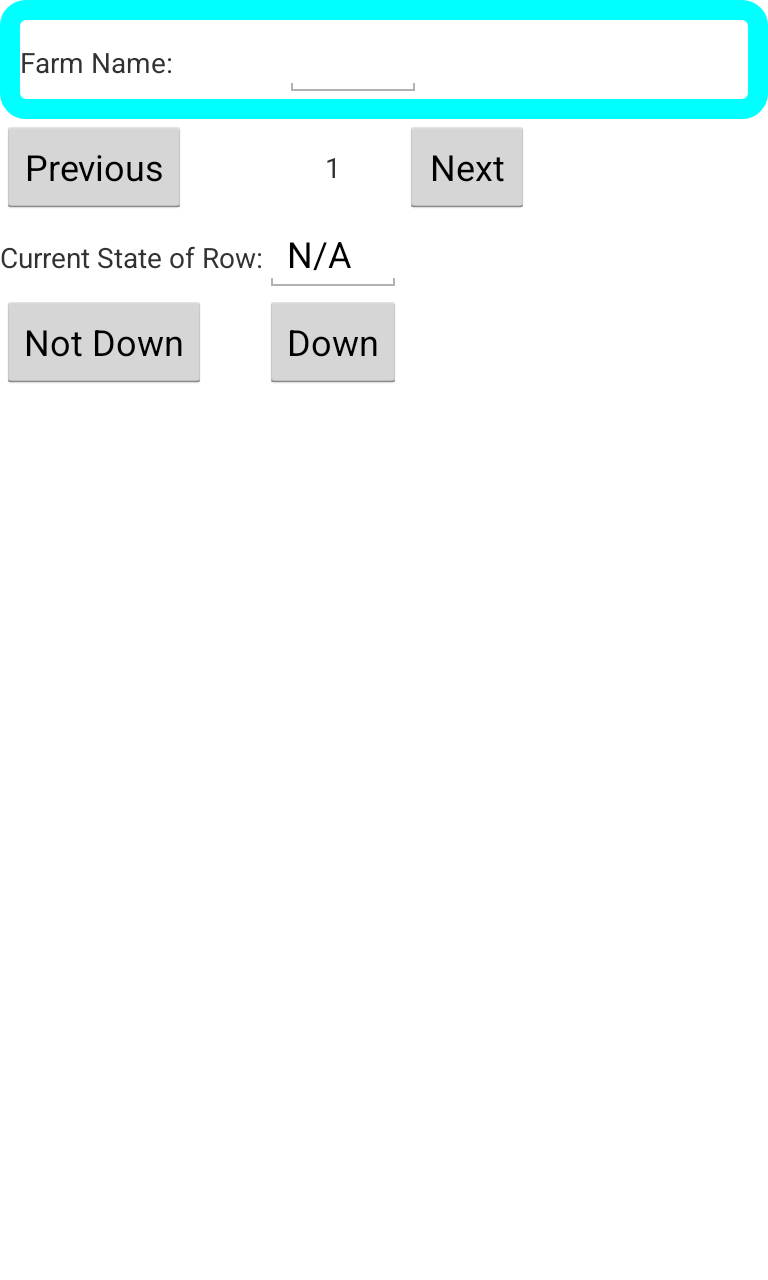
Repository: cokembel/FarmHand
Layout: FarmHand/res/layout/activity_main.xml
The author's editor kept a copy of each file at every save. The layout is drawn from the files as they stood at one save, then again after the next save.
It is drawn on a 768 x 1280 px phone screen (xhdpi) without system bars, with theme AppTheme; the app's code is not run.

Above is the layout before, as saved 2012-11-27 10:20:20.

### FarmHand/res/layout/activity_main.xml

    <ScrollView xmlns:android="http://schemas.android.com/apk/res/android"
        android:layout_width="match_parent"
        android:layout_height="match_parent"
        android:layout_alignParentLeft="true"
        android:layout_alignParentTop="true" >

        <TableLayout
            android:layout_width="match_parent"
            android:layout_height="wrap_content" >
            <TableRow android:background="@drawable/borders">
                <TextView android:text="@string/farm_name" />
                <AutoCompleteTextView
                    android:id="@+id/farm_name"
                    android:layout_width="wrap_content"
                    android:layout_height="wrap_content" />
            </TableRow>
            <TableRow android:layout_width="wrap_content" >
                <Button
                    android:id="@+id/prev_row"
                    android:text="Previous"
                    android:layout_gravity="left" />
                <TextView
                    android:id="@+id/row_number"
                    android:layout_height="match_parent"
                    android:text="1"
                    android:gravity="center" />
                <Button
                    android:id="@+id/next_row"
                    android:text="Next"
                    android:layout_gravity="right" />
            </TableRow>
            <TableRow>
                <TextView android:text="@string/status" />
                <EditText android:id="@+id/current_status"
                    android:text="N/A"
                    android:layout_width="wrap_content"/>
            </TableRow>

            <TableRow
                android:layout_width="wrap_content"
                android:layout_height="wrap_content" >

                 <Button
                     android:id="@+id/not_down"
                     android:text="Not Down"
                     android:layout_gravity="left" />
 				 <Button
 				     android:id="@+id/down"
 				     android:text="Down"
 				     android:layout_gravity="right" />
            </TableRow>
        </TableLayout>

    </ScrollView>

### FarmHand/res/drawable-mdpi/borders.xml
<shape xmlns:android="http://schemas.android.com/apk/res/android">
    <stroke android:width="10dp" android:color="#FF00FFFF" />
    <solid android:color="#ffffff" />
    <padding android:left="10dp" android:top="10dp"
            android:right="10dp" android:bottom="10dp" />
    <corners android:radius="8dp" />
</shape>

### FarmHand/res/values/strings.xml
<resources>

    <string name="app_name">FarmHand</string>
    <string name="menu_settings">Settings</string>
    <string name="title_activity_main">MainActivity</string>
    <string name="farm_name">Farm Name:</string>
	<string name="status">Current State of Row:</string>

</resources>

Loaded but not shown: FarmHand/res/values-v11/styles.xml (common file); FarmHand/res/values-v14/styles.xml (common file); FarmHand/res/values/styles.xml (common file)

After the next save:
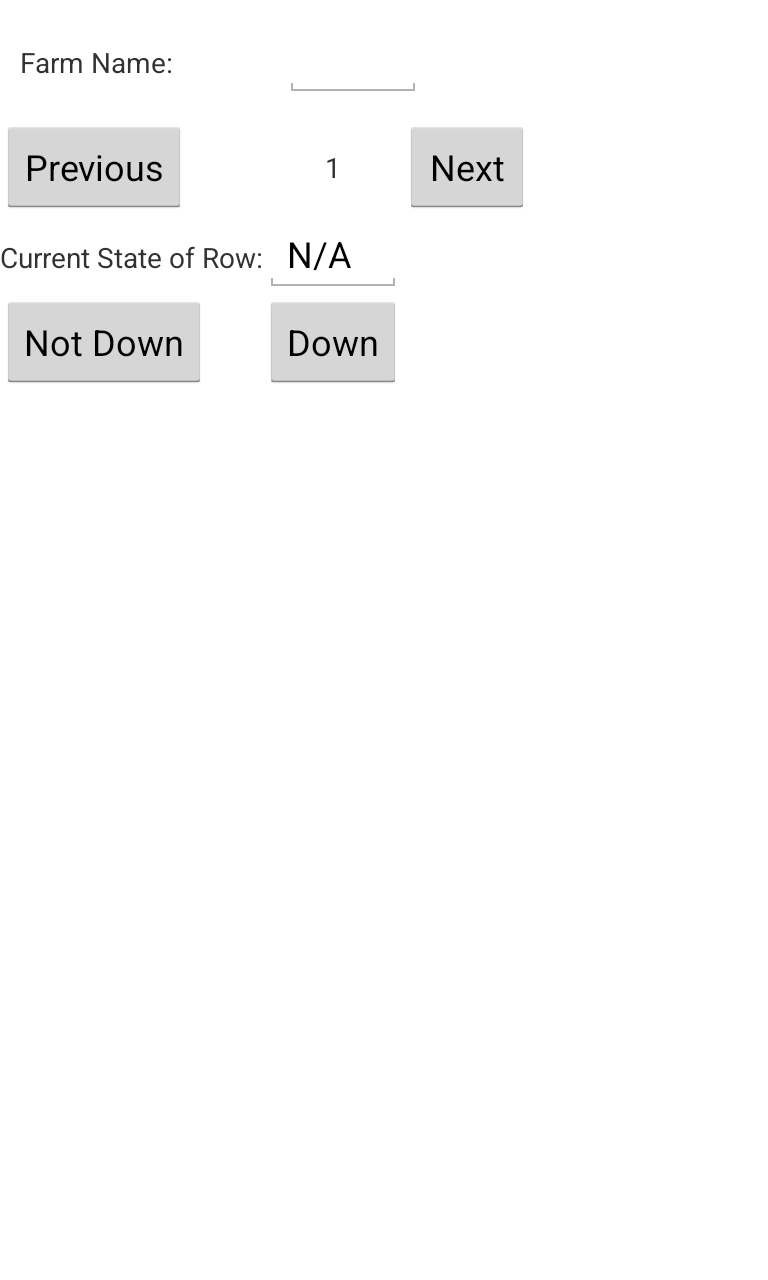
Saved 11 min 26 s later.
--- a/FarmHand/res/drawable-mdpi/borders.xml
+++ b/FarmHand/res/drawable-mdpi/borders.xml
@@ -1,5 +1,5 @@
 <shape xmlns:android="http://schemas.android.com/apk/res/android">
-    <stroke android:width="10dp" android:color="#FF00FFFF" />
+    <stroke android:width="10dp" android:color="#FFFFFF" />
     <solid android:color="#ffffff" />
     <padding android:left="10dp" android:top="10dp"
             android:right="10dp" android:bottom="10dp" />

After the 3 saves that followed:
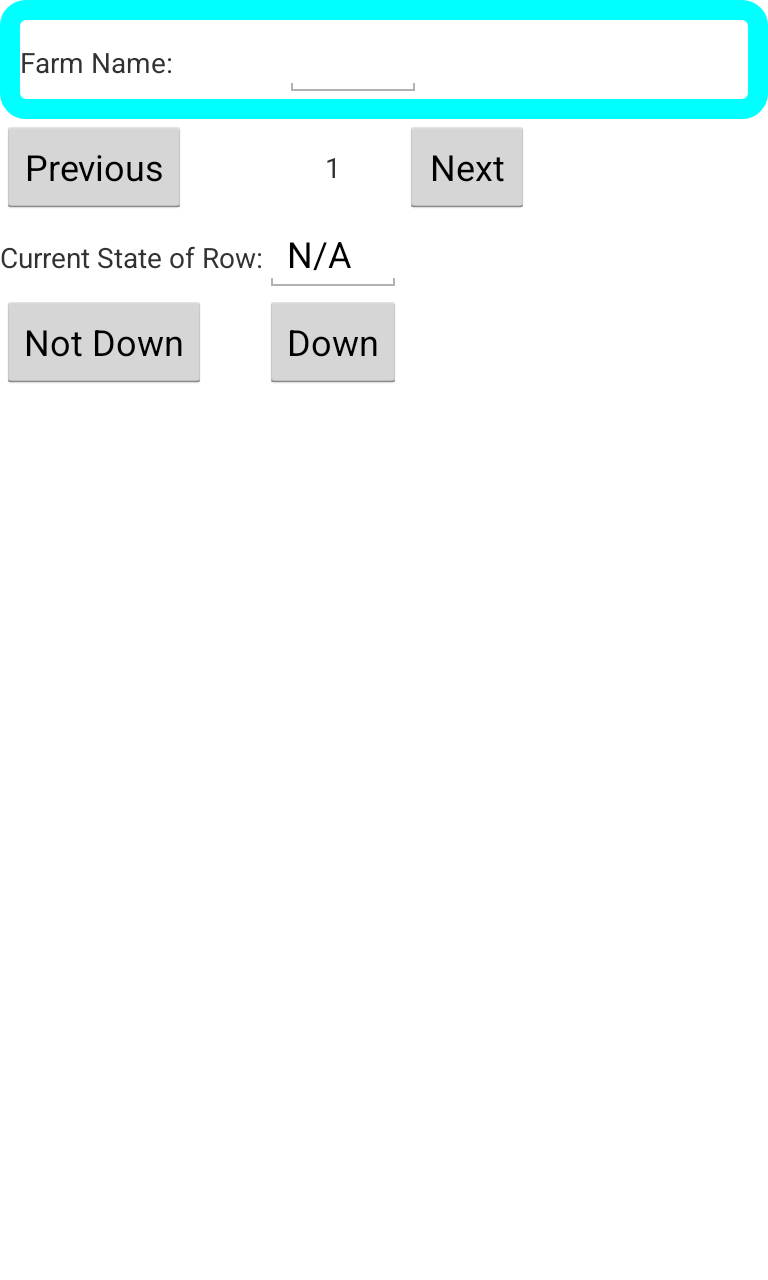
The 3 saves are shown as one change because 2 left the picture as it was.
The last was saved 70 s later.
--- a/FarmHand/res/drawable-mdpi/borders.xml
+++ b/FarmHand/res/drawable-mdpi/borders.xml
@@ -1,5 +1,5 @@
 <shape xmlns:android="http://schemas.android.com/apk/res/android">
-    <stroke android:width="10dp" android:color="#FFFFFF" />
+    <stroke android:width="10dp" android:color="#FF00FFFF" />
     <solid android:color="#ffffff" />
     <padding android:left="10dp" android:top="10dp"
             android:right="10dp" android:bottom="10dp" />
